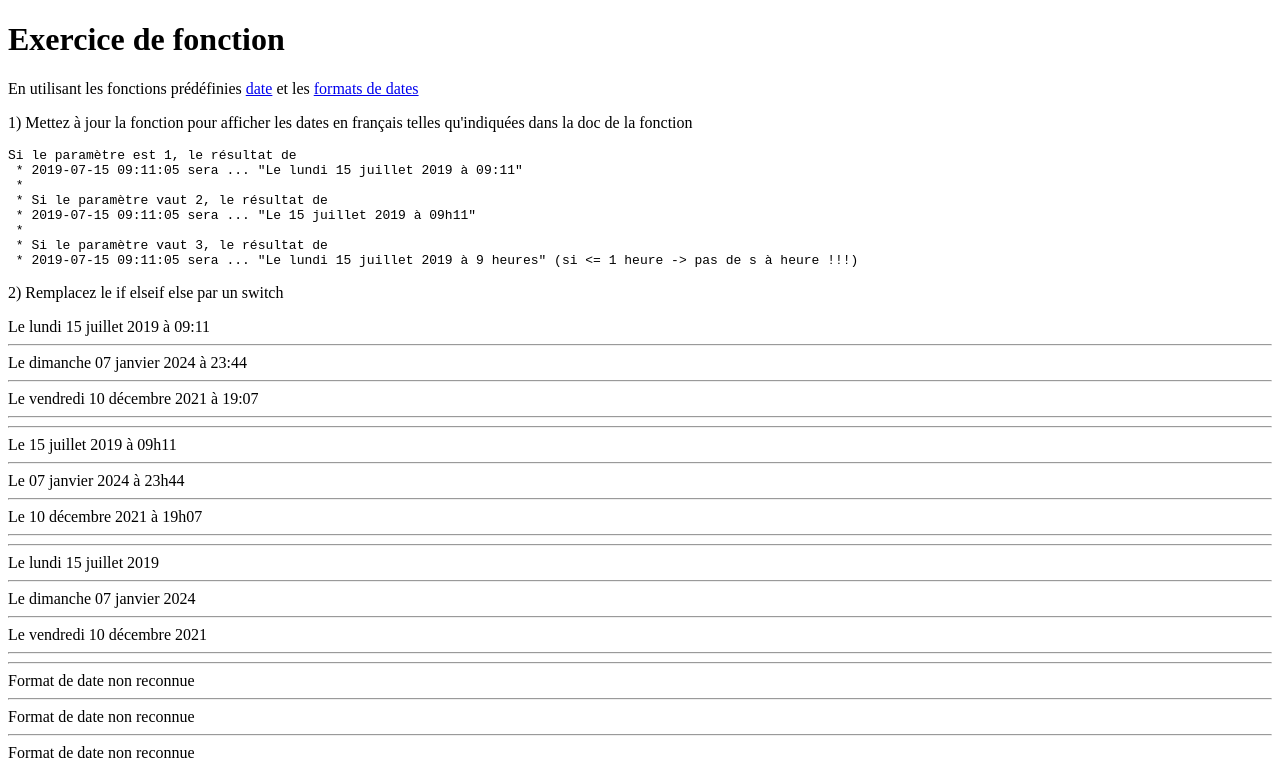
Repository: WebDevCF2m2021/base-php-2021
Page: http://localhost/20-dates-en-francais.php
These files come from the project's save history. The page is drawn as it stood at one moment and after the next save; the edit follows.
The browser window is 1280 px wide. The pictures show the whole page.
The page is run by PHP 8.4 with error messages shown; the project is at /var/www/html/.

Above is the page before, as saved 2021-09-20 18:26:46.

After the next save:
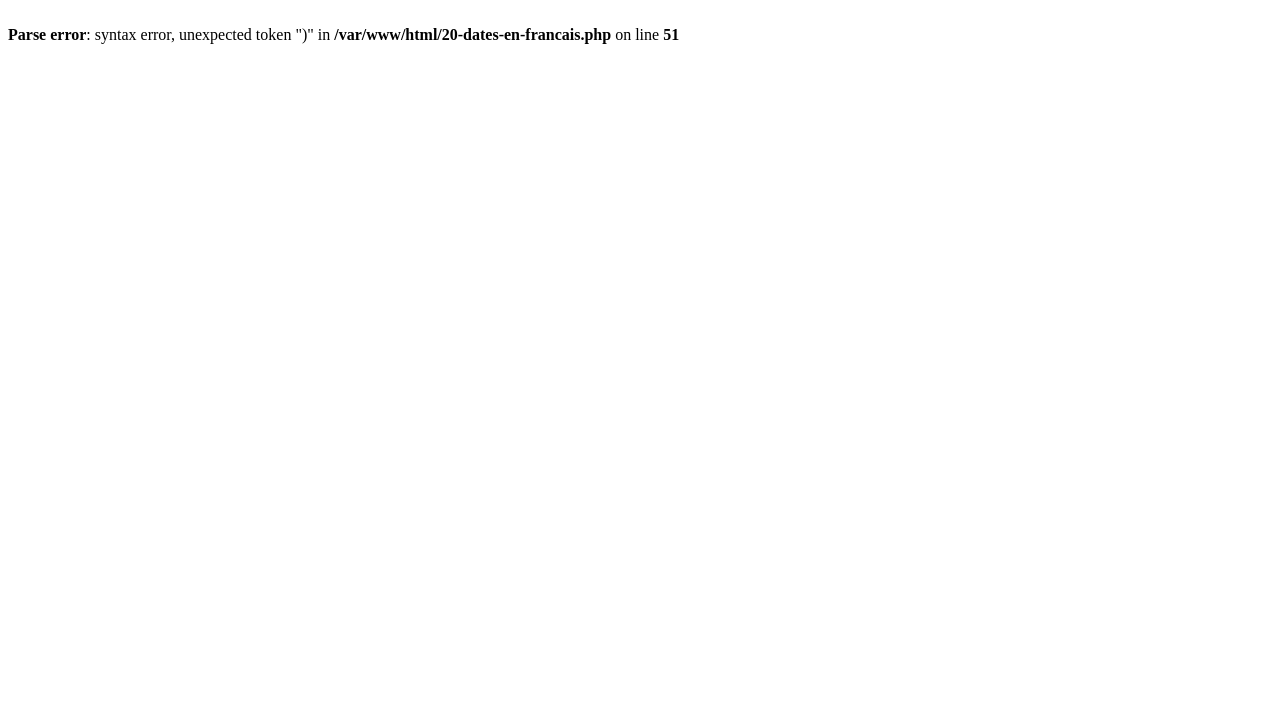
Saved 30 s later.
--- a/20-dates-en-francais.php
+++ b/20-dates-en-francais.php
@@ -48,6 +48,7 @@
         .date("d",$date)." " // chiffre du jour
         .$moisTab[date("n",$date)]." " // mois en français
         .date("Y",$date); // année / heures / minutes
+        if(){}else{}
     }else{
          return "Format de date non reconnue";
     }

After the save that followed:
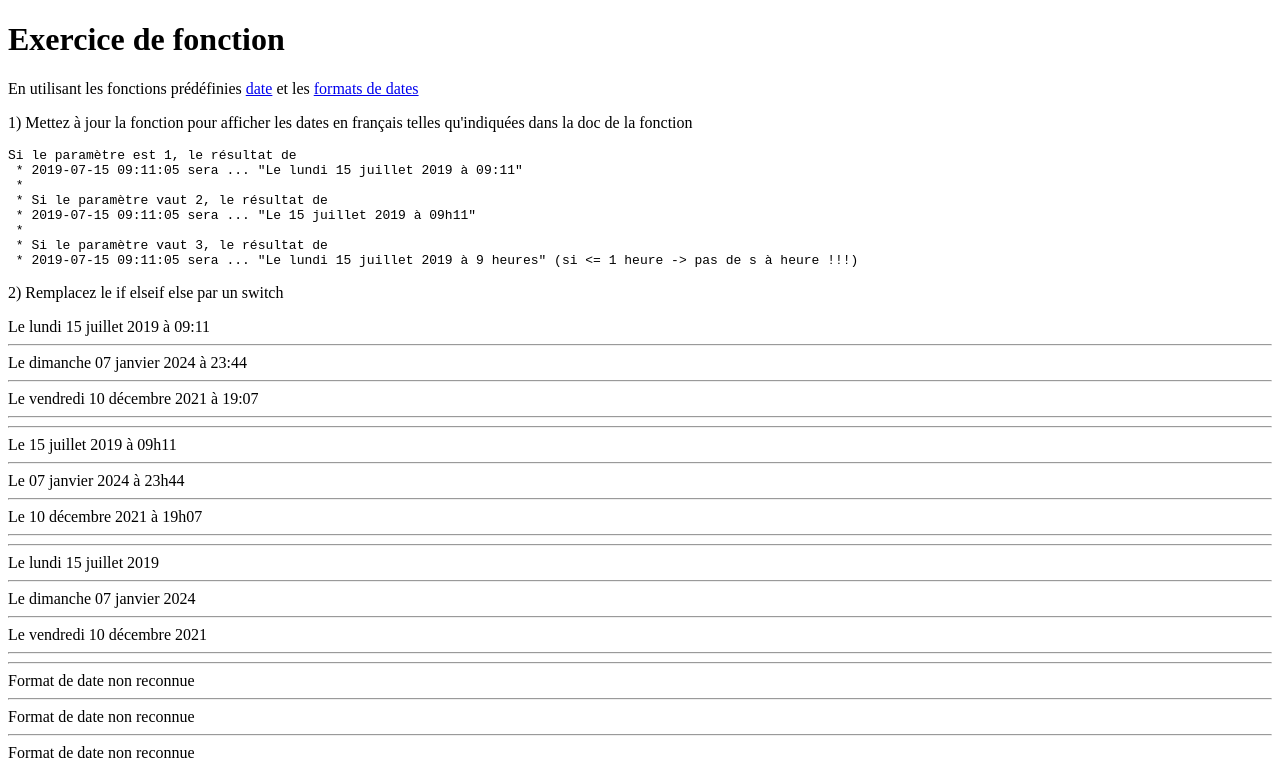
Saved 52 s later.
--- a/20-dates-en-francais.php
+++ b/20-dates-en-francais.php
@@ -48,7 +48,7 @@
         .date("d",$date)." " // chiffre du jour
         .$moisTab[date("n",$date)]." " // mois en français
         .date("Y",$date); // année / heures / minutes
-        if(){}else{}
+/*         if(date("Y",$date)){}else{} */
     }else{
          return "Format de date non reconnue";
     }
